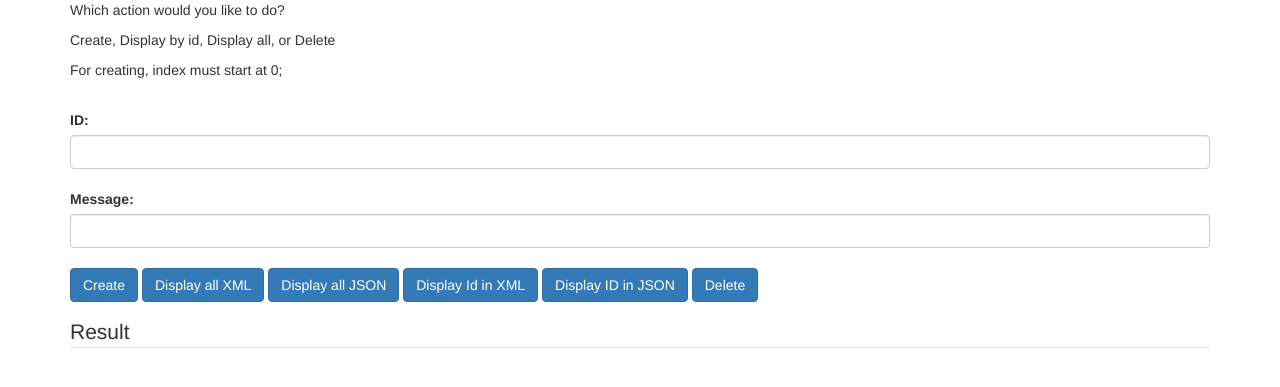
Repository: kddean/Lab4
Page: ToDoSystem/WebContent/static/ToDo.html
The author's editor kept a copy of each file at every save. The page is drawn from the files as they stood at one save, then again after the next save.
The browser window is 1280 px wide. The pictures show the whole page.

Above is the page before, as saved 2016-04-07 15:40:23.

After the next save:
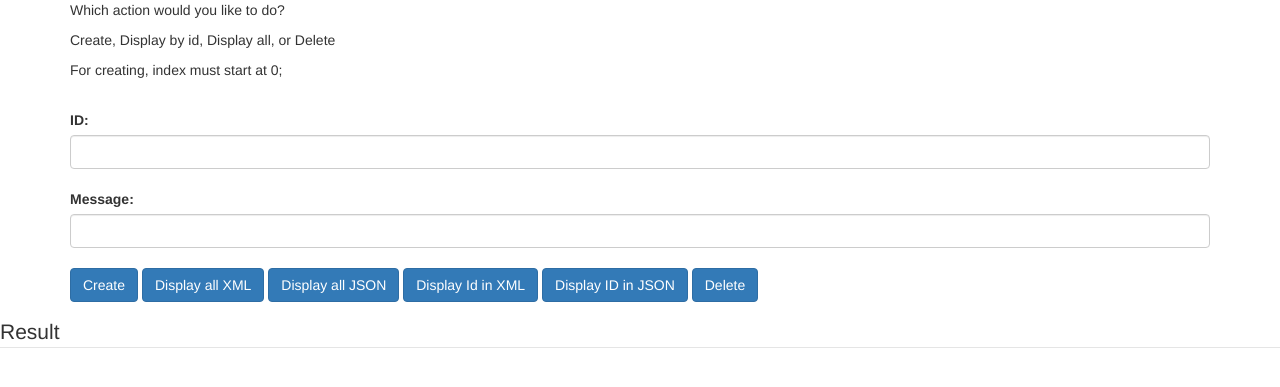
Saved 38 s later.
--- a/ToDoSystem/WebContent/static/ToDo.html
+++ b/ToDoSystem/WebContent/static/ToDo.html
@@ -28,7 +28,11 @@
 	<button type="button" id="displayjson" class="btn btn-primary">Display ID in JSON</button>
 	<button type="button" id="delete"  class="btn btn-primary">Delete</button>
 <!-- 	<input type="button" value="submit" onclick='loadDoc()'> -->
+
 	</div>
+</form>
+
+</div>
 	<div id="sec">
         <fieldset>
             <legend>Result</legend>
@@ -36,8 +40,6 @@
         </fieldset>
     </div>
 
-</form>
-</div>
 
 <script type="text/javascript">
 // $ajax({
